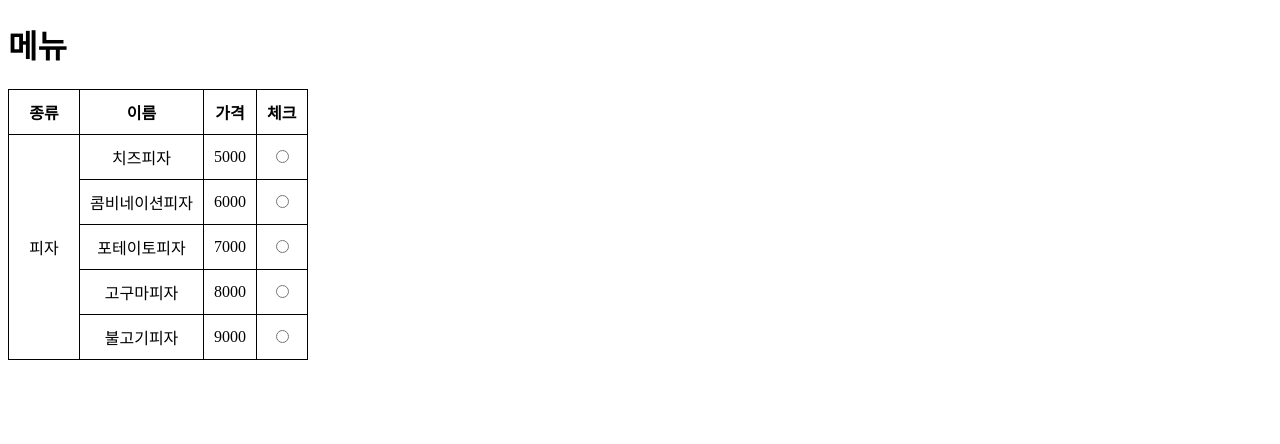
Repository: chuhj1226/servlet
Page: http://localhost/2_JSP/views/04_pizzaOrderForm.jsp
An editor plug-in stored every save of this project. The page is shown before and after the next save, followed by the edit.
The browser window is 1280 px wide. The pictures show the whole page.
The page is served by Tomcat 9.

Above is the page before, as saved 2021-10-05 10:22:51.

After the next save:
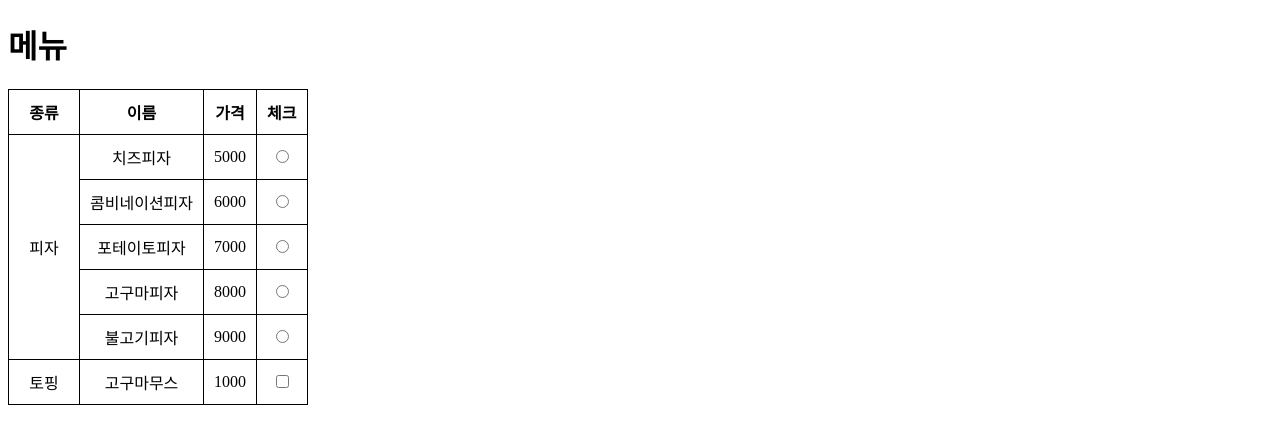
Saved 76 s later.
--- a/workspace/2_JSP/WebContent/views/04_pizzaOrderForm.jsp
+++ b/workspace/2_JSP/WebContent/views/04_pizzaOrderForm.jsp
@@ -54,6 +54,12 @@
 				<td>9000</td>
 				<td><input type="radio" name="pizza" value="불고기피자"></td>
 			</tr>
+			<tr>
+				<td rowspan="6">토핑</td>
+				<td>고구마무스</td>
+				<td>1000</td>
+				<td><input type="checkbox" name="topping" value="고구마무스"></td>
+			</tr>
 		</table>
 	</form>
 
